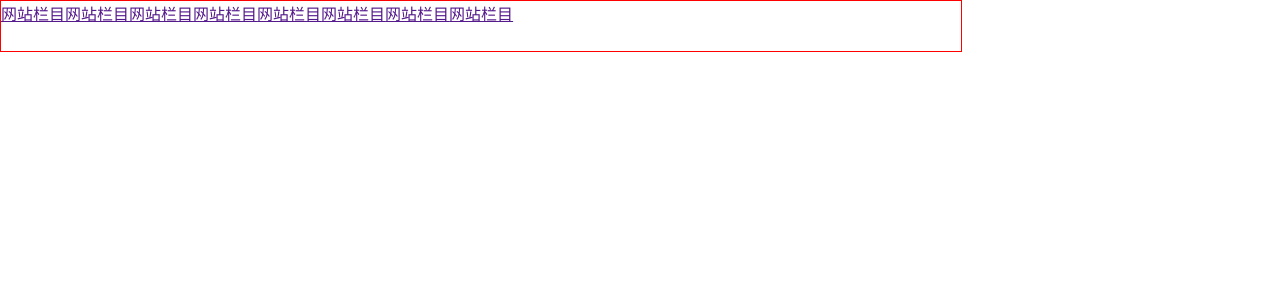
Repository: KaibutsuSama/CodePracticeExample
Page: Html5+Css3/Css3/03.样式表和选择器/01.超链接.html
An editor plug-in stored every save of this project. The page is shown before and after the next save, followed by the edit.
The browser window is 1280 px wide. The pictures show the whole page.

Above is the page before, as saved 2023-01-29 22:21:21.

After the next save:
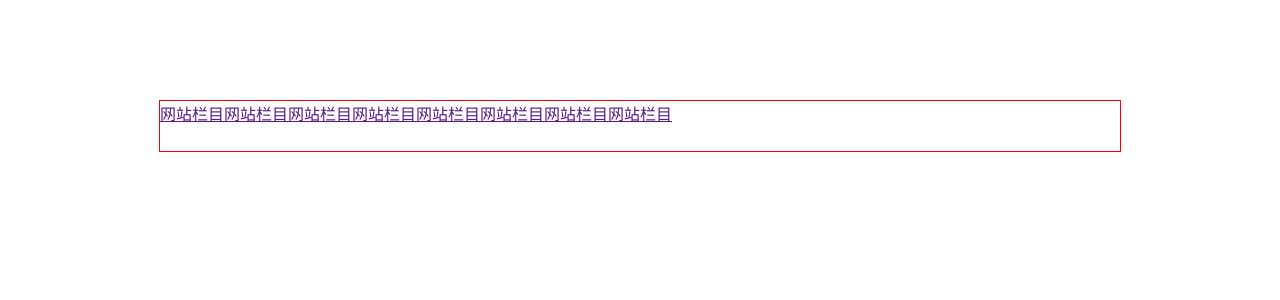
Saved 11 s later.
--- a/Html5+Css3/Css3/03.样式表和选择器/style.css
+++ b/Html5+Css3/Css3/03.样式表和选择器/style.css
@@ -7,7 +7,7 @@
     width: 960px;
     height: 50px;
     border: 1px solid red;
-    margin-top: 100px auto;
+    margin: 100px auto;
 
 }
 
